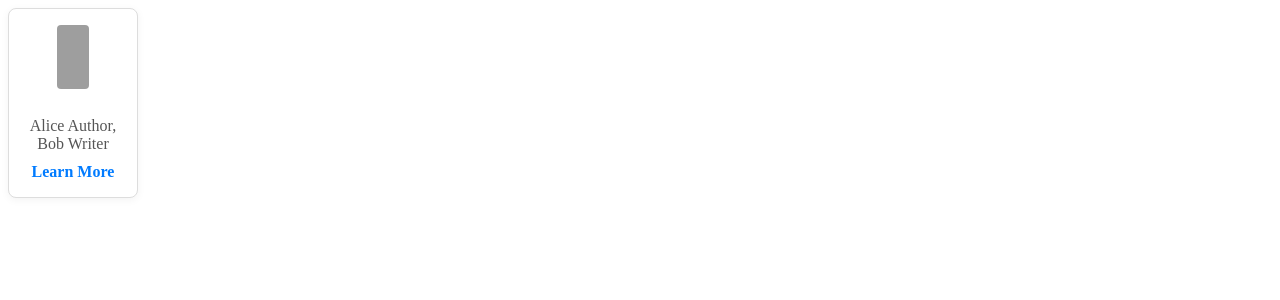
Repository: Micaelavalmores/BookCatalog
Page: /
The author's editor kept a copy of each file at every save. The page is drawn from the files as they stood at one save, then again after the next save.
The browser window is 1280 px wide. The pictures show the whole page.
Pictures or frames that could not be fetched are drawn as grey boxes. The project was rebuilt for these pictures with package versions that can differ from the ones it lists, and the page was loaded fresh each time. Also part of the build but not shown: vite.config.js, src/index.css.

Above is the page before, as saved 2025-09-16 22:48:22.

### index.html
<!doctype html>
<html lang="en">
  <head>
    <meta charset="UTF-8" />
    <meta name="viewport" content="width=device-width, initial-scale=1.0" />
    <title>Book Catalog</title>
  </head>
  <body>
    <div id="root"></div>
    <script type="module" src="/src/main.jsx"></script>
  </body>
</html>

### src/main.jsx
import React from 'react';
import { createRoot } from 'react-dom/client';
import './index.css';
import Book from './assets/book.jsx';

const root = createRoot(document.getElementById("root"));

root.render(
  <React.StrictMode>
    <Book
      image="https://img.freepik.com/free-vector/stack-colorful-books_1308-171744.jpg?semt=ais_incoming&w=740&q=80"
      authors="Alice Author, Bob Writer"
      link="https://example.com/book-info"
    />
  </React.StrictMode>
);

### src/assets/book.jsx

import React from "react";
import "./book.css";

const book = ({ image, title, authors, link }) => (
  <div className="book-container">
    <img className="book-image" src={image} alt={title} />
    <div className="book-info">
      <h2 className="book-title">{title}</h2>
      <p className="book-authors">{authors}</p>
      <a className="book-link" href={link} target="_blank" rel="noopener noreferrer">
        Learn More
      </a>
    </div>
  </div>
);

export default book;

### src/assets/book.css
.book-container {
    max-width: 6em;
    border: 1px solid #ddd;
    border-radius: 8px;
    padding: 16px;
    display: flex;
    flex-direction: column;
    align-items: center;
    background: #fff;
    box-shadow: 0 2px 8px rgba(0,0,0,0.05);
  }

  .book-image {
    width: 2em;
    height: 4em;
    object-fit: cover;
    margin-bottom: 12px;
    border-radius: 4px;
  }

  .book-info {
    width: 100%;
    text-align: center;
  }

  .book-title {
    font-size: 18px;
    margin: 8px 0 4px;
  }

  .book-authors {
    color: #555;
    margin-bottom: 10px;
  }

  .book-link {
    display: inline-block;
    color: #007bff;
    text-decoration: none;
    font-weight: bold;
    transition: color 0.2s;
  }

  .book-link:hover {
    color: #0056b3;
  }

After the next save:
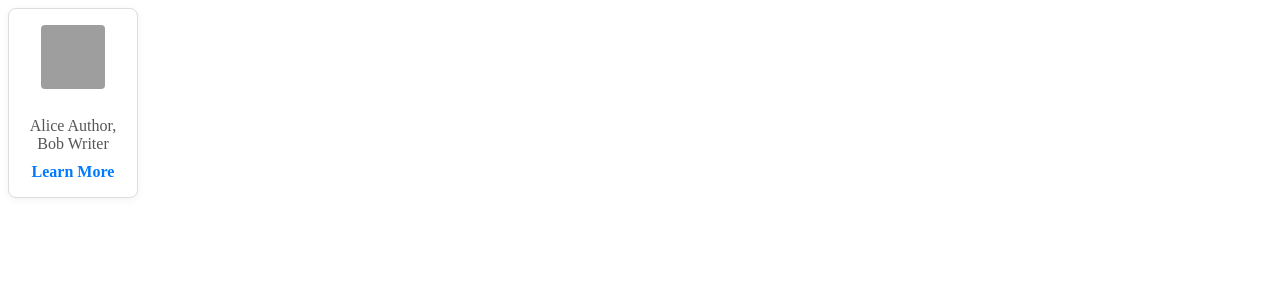
Saved 7 s later.
--- a/src/assets/book.css
+++ b/src/assets/book.css
@@ -11,7 +11,7 @@
   }
 
   .book-image {
-    width: 2em;
+    width: 4em;
     height: 4em;
     object-fit: cover;
     margin-bottom: 12px;
